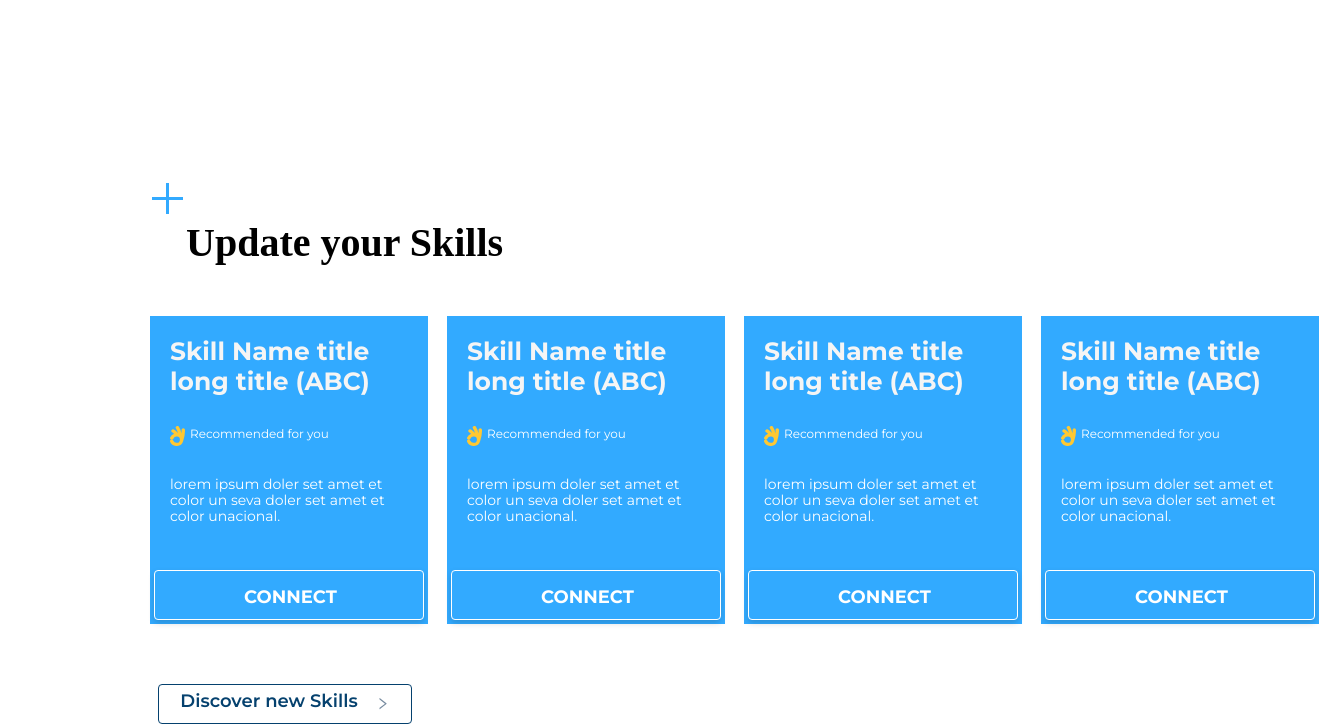
Repository: shekharyadav638/OSL_Assignment_1
Page: index.html
An editor plug-in stored every save of this project. The page is shown before and after the next save, followed by the edit.
The browser window is 1280 px wide. The page is 1319 px wide, so the pictures cover 1319 px, including what lies to the right of the window. The pictures show the whole page.
The style sheet was rebuilt from its Sass, Less or Tailwind sources for each picture, by a compiler version that may differ from the author's.

Above is the page before, as saved 2024-07-14 21:26:30.

### index.html
<!DOCTYPE html PUBLIC "-//W3C//DTD HTML 4.01 Transitional//EN" "http://www.w3.org/TR/html4/loose.dtd">
<html>
  <head>
    <meta http-equiv="Content-Type" content="text/html; charset=ISO-8859-1" />
    <title>Assignment 1</title>
    <link rel="stylesheet" href="style.css" />
    <link rel="preconnect" href="https://fonts.googleapis.com" />
    <link rel="preconnect" href="https://fonts.gstatic.com" crossorigin />
    <link
      href="https://fonts.googleapis.com/css2?family=Montserrat:ital,wght@0,100..900;1,100..900&display=swap"
      rel="stylesheet"
    />
  </head>
  <body>
    <!-- <header>
      <div class="header">
        <div class="header_left">
          <div class="header_left_logo"></div>
          <span class="header_left_title">Thinkin Blue</span>
        </div>
        <div class="header_right">
          <ul class="header_right_list">
            <li class="header_right_list_item">
              <a href="#">Home</a>
            </li>
            <li class="header_right_list_item"><a href="#">About Us</a></li>
            <li class="header_right_list_item"><a href="#">Work</a></li>
            <li class="header_right_list_item">
              <a href="#">ThinkinBlue Business</a>
            </li>
          </ul>
          <button class="header_right_btn">Login</button>
        </div>
      </div>
    </header>
    <section class="banner">
      <div class="banner_left">
       <p class="banner_left_text">The career network <br> for workers</p>
       <div class="banner_left_input">
        <input type="text" placeholder="Search Better Opportunites" class="banner_left_input_box"></input>
        <img src="img/location.svg" alt="location-icon" class="banner_left_input_icon">
       </div>
       <div class="banner_left_categories">
        <hr>
        <div class="banner_left_categories_title">100+ Job Opportunities</div>
        <div class="banner_left_categories_list">
          <div class="banner_left_categories_list_above">
            <div class="banner_left_categories_list_above_item"> Precision Production</div>
            <div class="banner_left_categories_list_above_item"> Helpers</div>
            <div class="banner_left_categories_list_above_item"> Front-line Supervisors</div>
            <div class="banner_left_categories_list_above_item"> Machine operators & Supervisors</div>
          </div>
          <div class="banner_left_categories_list_below">
            <div class="banner_left_categories_list_below_item"> Machine operators</div>
            <div class="banner_left_categories_list_below_item"> Handlers</div>
            <div class="banner_left_categories_list_below_item"> Transportation & moving occupations</div>
            <div class="banner_left_categories_list_below_item"> See all</div>
          </div>
        </div>
        <div >
          <button class="banner_left_categories_button">Join ThinkinBlue</button>
        </div>
       </div>
      </div>
      <div class="banner_right">
        <img src="img/banner_right.png" alt="banner_right" class="banner_right_img"></img>
      </div>
    </section>
    <section class="hiring">
      <div class="hiring_top">
        <div class="hiring_top_icon">
          <img src="img/plus_icon.svg" alt="plus_icon" />
        </div>
        <div class="hiring_top_heading">From the Community</div>
      </div>
      <div class="hiring_body">
        <div class="hiring_body_img">
          <img src="img/hiring.jpeg" alt="hiring" />
        </div>
        <div class="hiring_body_img">
          <img src="img/hiring.jpeg" alt="hiring" />
        </div>
        <div class="hiring_body_img">
          <img src="img/hiring.jpeg" alt="hiring" />
        </div>
        <div class="hiring_body_img">
          <img src="img/hiring.jpeg" alt="hiring" />
        </div>
      </div>
      <div class="hiring_footer">
        <div class="hiring_footer_slide">
          <div class="hiring_footer_slide_1"></div>
          <div class="hiring_footer_slide_2"></div>
          <div class="hiring_footer_slide_2"></div>
          <div class="hiring_footer_slide_2"></div>
        </div>
        <div class="hiring_footer_btn">
          <button>
            <div class="hiring_footer_btn_text">See more</div>
            <div class="hiring_footer_btn_icon">
              <img src="img/right_arrow.svg" alt="arrow" />
            </div>
          </button>
        </div>
      </div>
    </section>
    <section class="features">
      <div class="features_top">
        <div class="features_top_icon">
          <img src="img/plus_icon.svg" alt="plus_icon" />
        </div>
        <div class="features_top_heading">Features</div>
      </div>
      <div class="features_body">
        <div class="features_body_1">
          <div class="features_body_img">
            <img src="img/feature_1.png" alt="feature" />
          </div>
          <div class="features_body_text">Build Connections</div>
        </div>
        <div class="features_body_1">
          <div class="features_body_img">
            <img src="img/feature_2.png" alt="feature" />
          </div>
          <div class="features_body_text">Simple & Easy to Use</div>
        </div>
        <div class="features_body_1">
          <div class="features_body_img">
            <img src="img/feature_3.png" alt="feature" />
          </div>
          <div class="features_body_text">Built for Workers</div>
        </div>
        <div class="features_body_1">
          <div class="features_body_img">
            <img src="img/feature_4.png" alt="feature" />
          </div>
          <div class="features_body_text">Career Development</div>
        </div>
      </div>
    </section> -->
    <!-- <section class="group">
      <div class="group_top">
        <div class="group_top_icon">
          <img src="img/plus_icon.svg" alt="plus_icon" />
        </div>
        <div class="group_top_heading">Find a Group</div>
      </div>
      <div class="group_body">
        <div class="group_body_item">
          <div class="group_body_item_img"> <img src="img/group.png" alt="group" /></div>
          <div class="group_body_item_title">Front-line Supervisors</div>
          <div class="group_body_item_bottom">Front-line Supervisors</div>
          <div class="group_body_item_members">
            <img src="img/member.png" alt="member" class="group_body_item_members_img"></img>
            <div class="group_body_item_members_text">180 <span>users</span></div>
          </div>
          <button class="group_body_item_btn">CONNECT</button>
        </div>
        <div class="group_body_item">
          <div class="group_body_item_img"> <img src="img/group.png" alt="group" /></div>
          <div class="group_body_item_title">Front-line Supervisors</div>
          <div class="group_body_item_bottom">Front-line Supervisors</div>
          <div class="group_body_item_members">
            <img src="img/member.png" alt="member" class="group_body_item_members_img"></img>
            <div class="group_body_item_members_text">180 <span>users</span></div>
          </div>
          <button class="group_body_item_btn">CONNECT</button>
        </div>
        <div class="group_body_item">
          <div class="group_body_item_img"> <img src="img/group.png" alt="group" /></div>
          <div class="group_body_item_title">Front-line Supervisors</div>
          <div class="group_body_item_bottom">Front-line Supervisors</div>
          <div class="group_body_item_members">
            <img src="img/member.png" alt="member" class="group_body_item_members_img"></img>
            <div class="group_body_item_members_text">180 <span>users</span></div>
          </div>
          <button class="group_body_item_btn">CONNECT</button>
        </div>
        <div class="group_body_item">
          <div class="group_body_item_img"> <img src="img/group.png" alt="group" /></div>
          <div class="group_body_item_title">Front-line Supervisors</div>
          <div class="group_body_item_bottom">Front-line Supervisors</div>
          <div class="group_body_item_members">
            <img src="img/member.png" alt="member" class="group_body_item_members_img"></img>
            <div class="group_body_item_members_text">180 <span>users</span></div>
          </div>
          <button class="group_body_item_btn">CONNECT</button>
        </div>
      </div>
        <div class="group_footer_btn">
          <button>
            <div class="group_footer_btn_text">Explore Groups</div>
            <div class="group_footer_btn_icon">
              <img src="img/right_arrow.svg" alt="arrow" />
            </div>
          </button>
        </div>
      </div>
    </section> -->
    <section class="skills">
      <div class="skills_top">
        <div class="skills_top_icon">
          <img src="img/plus_icon.svg" alt="plus_icon" />
        </div>
        <div class="skills_top_heading">Update your Skills</div>
      </div>
      <div class="skills_body">
        <div class="skills_body_item">
          <div class="skills_body_item_title">Skill Name title long title (ABC)</div>
          <div class="skills_body_item_mid">
            <img src="img/path_7.svg" alt="member" class="group_body_item_mid_img"></img>
            <div class="skills_body_item_mid_text"><span>Recommended for you</span></div>
          </div>
          <div class="skills_body_item_para"><p>lorem ipsum doler set amet et color un seva doler set amet et color unacional.</p></div>
          <button class="skills_body_item_btn">CONNECT</button>
        </div>
        <div class="skills_body_item">
          <div class="skills_body_item_title">Skill Name title long title (ABC)</div>
          <div class="skills_body_item_mid">
            <img src="img/path_7.svg" alt="member" class="group_body_item_mid_img"></img>
            <div class="skills_body_item_mid_text"><span>Recommended for you</span></div>
          </div>
          <div class="skills_body_item_para"><p>lorem ipsum doler set amet et color un seva doler set amet et color unacional.</p></div>
          <button class="skills_body_item_btn">CONNECT</button>
        </div>
        <div class="skills_body_item">
          <div class="skills_body_item_title">Skill Name title long title (ABC)</div>
          <div class="skills_body_item_mid">
            <img src="img/path_7.svg" alt="member" class="group_body_item_mid_img"></img>
            <div class="skills_body_item_mid_text"><span>Recommended for you</span></div>
          </div>
          <div class="skills_body_item_para"><p>lorem ipsum doler set amet et color un seva doler set amet et color unacional.</p></div>
          <button class="skills_body_item_btn">CONNECT</button>
        </div>
        <div class="skills_body_item">
          <div class="skills_body_item_title">Skill Name title long title (ABC)</div>
          <div class="skills_body_item_mid">
            <img src="img/path_7.svg" alt="member" class="group_body_item_mid_img"></img>
            <div class="skills_body_item_mid_text"><span>Recommended for you</span></div>
          </div>
          <div class="skills_body_item_para"><p>lorem ipsum doler set amet et color un seva doler set amet et color unacional.</p></div>
          <button class="skills_body_item_btn">CONNECT</button>
        </div>
      </div>
        <div class="skills_footer_btn">
          <button>
            <div class="skills_footer_btn_text">Discover new Skills</div>
            <div class="skills_footer_btn_icon">
              <img src="img/right_arrow.svg" alt="arrow" />
            </div>
          </button>
        </div>
      </div>
    </section>
  </body>
</html>

### style.scss
* {
  margin: 0;
  padding: 0;
}
.body {
  width: 1440px;
  opacity: 1;
  overflow-x: hidden;
}

@import "header";
@import "banner";
@import "hiring";
@import "features";
@import "group";
@import "skills";

### header.scss
.header {
  background: transparent;
  position: fixed;
  display: flex;
  align-content: center;
  width: 1140px;
  height: 86px;
  opacity: 1;
  margin: 16px 150px;
  &_left {
    align-items: center;
    display: flex;
    opacity: 1;

    &_logo {
      width: 52px;
      height: 52px;
      background: #ffffff 0% 0% no-repeat padding-box;
      opacity: 1;
    }

    &_title {
      padding-left: 5px;
      text-align: left;
      font: normal normal bold 21px/28px Segoe UI;
      width: 113px;
      height: 28px;
      letter-spacing: 0px;
      color: #150303;
      opacity: 1;
    }
  }

  &_right {
    margin-left: 261px;
    align-items: center;
    display: flex;
    gap: 66px;
    &_list {
      list-style: none;
      display: flex;
      gap: 76px;
      align-items: center;

      &_item {
        text-align: left;
        font: normal normal normal 14px/11px Montserrat;
        letter-spacing: 0px;
        padding: 17px 0;
        color: #ffffff;
        opacity: 1;
      }
    }
    &_btn {
      background: #ffc832 0% 0% no-repeat padding-box;
      border-radius: 4px;
      opacity: 1;
      padding: 8px 33px;
      text-align: left;
      font: normal normal 600 18px Montserrat;
      letter-spacing: 0px;
      color: #05416e;
      opacity: 1;
    }
  }
}

.banner {
  &_img {
    width: 100%;
    height: 100%;
    background-position: center;
  }
}

### _hiring.scss
.hiring {
  margin: 180px 150px;
  margin-bottom: 0;

  &_top {
    display: flex;
    flex-direction: column;
    width: 411px;
    margin-bottom: 60px;
    &_icon {
      width: 36px;
      height: 36px;
    }

    &_heading {
      margin-left: 36px;
      width: 375px;
      height: 40px;
      font: normal normal bold 40px/54px Adobe Caslon Pro;
      letter-spacing: 0px;
      color: #000000;
      opacity: 1;
    }
  }

  &_body {
    display: flex;
    justify-content: space-between;
    &_img {
      & img {
        width: 276px;
        height: 308px;
        border-radius: 4px;
        opacity: 1;
      }
    }
  }

  &_footer {
    margin-top: 60px;

    &_slide {
      display: flex;
      width: 180px;
      height: 10px;
      justify-content: space-between;
      margin-left: 480px;
      &_1 {
        width: 32px;
        height: 6px;
        background: #32aaff 0% 0% no-repeat padding-box;
        border-radius: 2px;
        opacity: 1;
      }
      &_2 {
        width: 32px;
        height: 6px;
        background: #05416e 0% 0% no-repeat padding-box;
        border-radius: 2px;
        opacity: 1;
      }
    }

    &_btn {
      margin-top: 20px;
      display: flex;
      align-items: center;
      justify-content: center;

      & button {
        width: 159px;
        height: 40px;
        background: #ffffff 0% 0% no-repeat padding-box;
        border: 1px solid #05416e;
        border-radius: 4px;
        opacity: 1;
        padding-left: 20px;
        padding-right: 20px;
        padding-top: 8.47px;
        display: flex;
        justify-content: space-between;
      }
      &_text {
        width: 88px;
        height: 22px;
        font: normal normal 600 18px/17px Montserrat;
        letter-spacing: 0px;
        color: #05416e;
      }
      &_icon {
        width: 16px;
        height: 16px;
      }
    }
  }
}

### _features.scss
.features {
  margin: 180px 150px;
  margin-bottom: 0;

  &_top {
    display: flex;
    flex-direction: column;
    width: 411px;
    margin-bottom: 60px;
    &_icon {
      width: 31px;
      height: 31px;
    }

    &_heading {
      margin-left: 36px;
      width: 144px;
      height: 40px;
      font: normal normal bold 40px/54px Adobe Caslon Pro;
      letter-spacing: 0px;
      color: #000000;
      opacity: 1;
    }
  }

  &_body {
    display: flex;
    justify-content: space-between;

    &_1 {
      width: 270px;
      height: 308px;
      background: #f5f5f5 0% 0% no-repeat padding-box;
      border-radius: 4px;
      opacity: 1;
    }

    &_img {
      margin-top: 50px;
      width: 110px;
      height: 110px;
      margin-left: 79px;
    }

    &_text {
      margin-top: 25px;
      text-align: center;
      font: normal normal bold 25px/30px Montserrat;
      letter-spacing: 0px;
      color: #05416e;
      opacity: 1;
      padding: 0px 52px;
    }
  }
}

### _skills.scss
.skills {
  margin: 180px 150px;
  margin-bottom: 0;
  height: 308px;
  width: 270px;

  &_top {
    display: flex;
    flex-direction: column;
    width: 411px;
    margin-bottom: 60px;
    &_icon {
      width: 36px;
      height: 36px;
    }

    &_heading {
      margin-left: 36px;
      width: 375px;
      height: 40px;
      font: normal normal bold 40px/54px Adobe Caslon Pro;
      letter-spacing: 0px;
      color: #000000;
      opacity: 1;
    }
  }

  &_body {
    display: flex;
    gap: 19px;

    &_item {
      background-color: #32aaff;
      padding-top: 20px;
      &_title {
        padding-left: 20px;
        width: 207px;
        height: 60px;
        text-align: left;
        font: normal normal bold 25px/30px Montserrat;
        letter-spacing: 0px;
        color: #f5f5f5;
        opacity: 1;
      }

      &_mid {
        margin-top: 30px;
        margin-left: 20px;
        display: flex;
        &_img {
          width: 15px;
          height: 20px;
        }
        &_text {
          margin-left: 5px;
          text-align: left;
          font: normal normal normal 12px/15px Montserrat;
          letter-spacing: 0px;
          color: #ffffff;
          opacity: 1;
        }
      }

      &_para {
        margin: 30px 20px;
        width: 230px;
        height: 64px;
        text-align: left;
        font: normal normal normal 14px/16px Montserrat;
        letter-spacing: 0px;
        color: #ffffff;
        opacity: 1;
      }

      &_btn {
        margin: 0 4px;
        margin-bottom: 4px;
        background: transparent 0% 0% no-repeat padding-box;
        box-shadow: 0px 3px 6px #00000029;
        border: 1px solid #ffffff;
        border-radius: 4px;
        padding: 14px 0;
        padding-left: 89px;
        width: 270px;
        height: 50px;
        text-align: left;
        font: normal normal bold 18px/24px Montserrat;
        letter-spacing: 0px;
        color: #ffffff;
        opacity: 1;
      }
    }
  }

  &_footer {
    &_btn {
      margin-top: 60px;
      display: flex;
      align-items: center;
      justify-content: center;

      & button {
        width: 254px;
        height: 40px;
        background: #ffffff 0% 0% no-repeat padding-box;
        border: 1px solid #05416e;
        border-radius: 4px;
        opacity: 1;
        padding-left: 20px;
        padding-right: 20px;
        align-items: center;
        display: flex;
        justify-content: space-between;
      }
      &_text {
        font: normal normal 600 18px/17px Montserrat;
        letter-spacing: 0px;
        color: #05416e;
        width: 180px;
        height: 22px;
      }
      &_icon {
        margin-left: 15px;
        width: 17px;
        height: 16px;
      }
    }
  }
}

Loaded but not shown: _banner.scss (142 lines, source omitted); _group.scss (135 lines, source omitted)

After the next save:
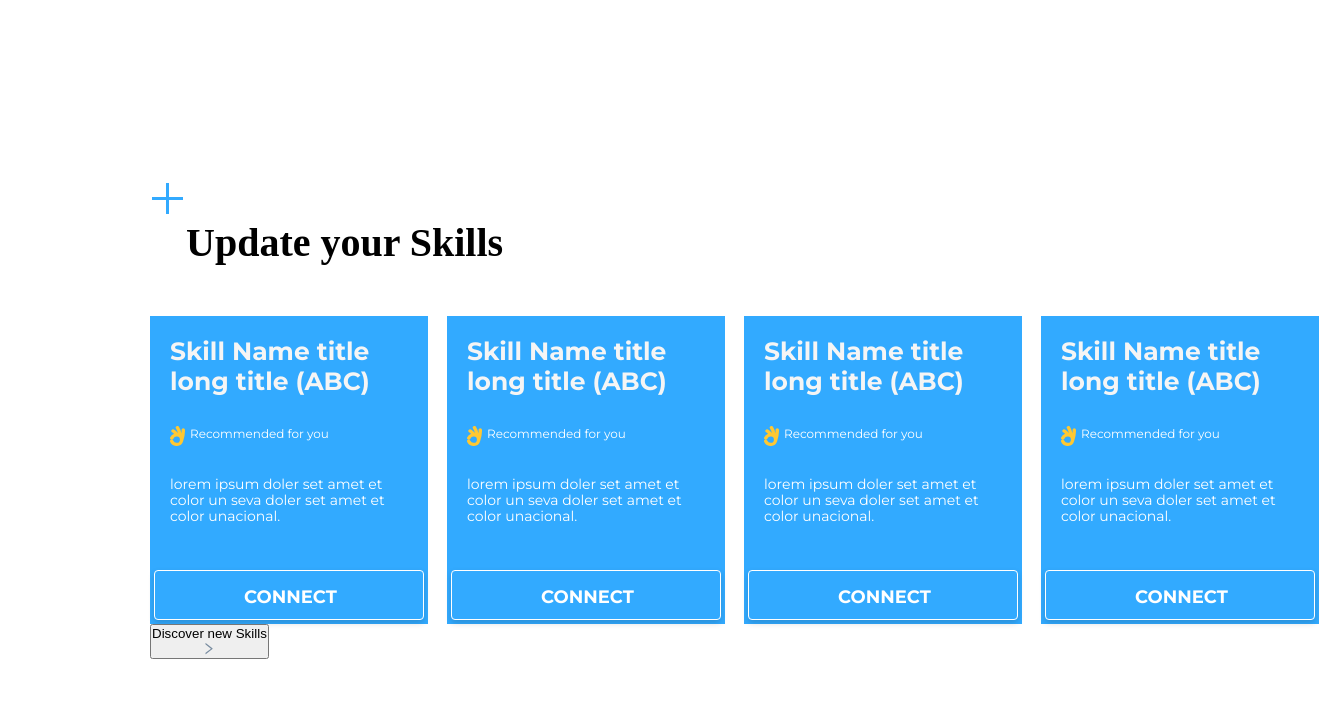
Saved 55 s later.
--- a/_skills.scss
+++ b/_skills.scss
@@ -93,7 +93,8 @@
   }
 
   &_footer {
-    &_btn {
+    margin-left: 443px;
+    g &_btn {
       margin-top: 60px;
       display: flex;
       align-items: center;

After the save that followed:
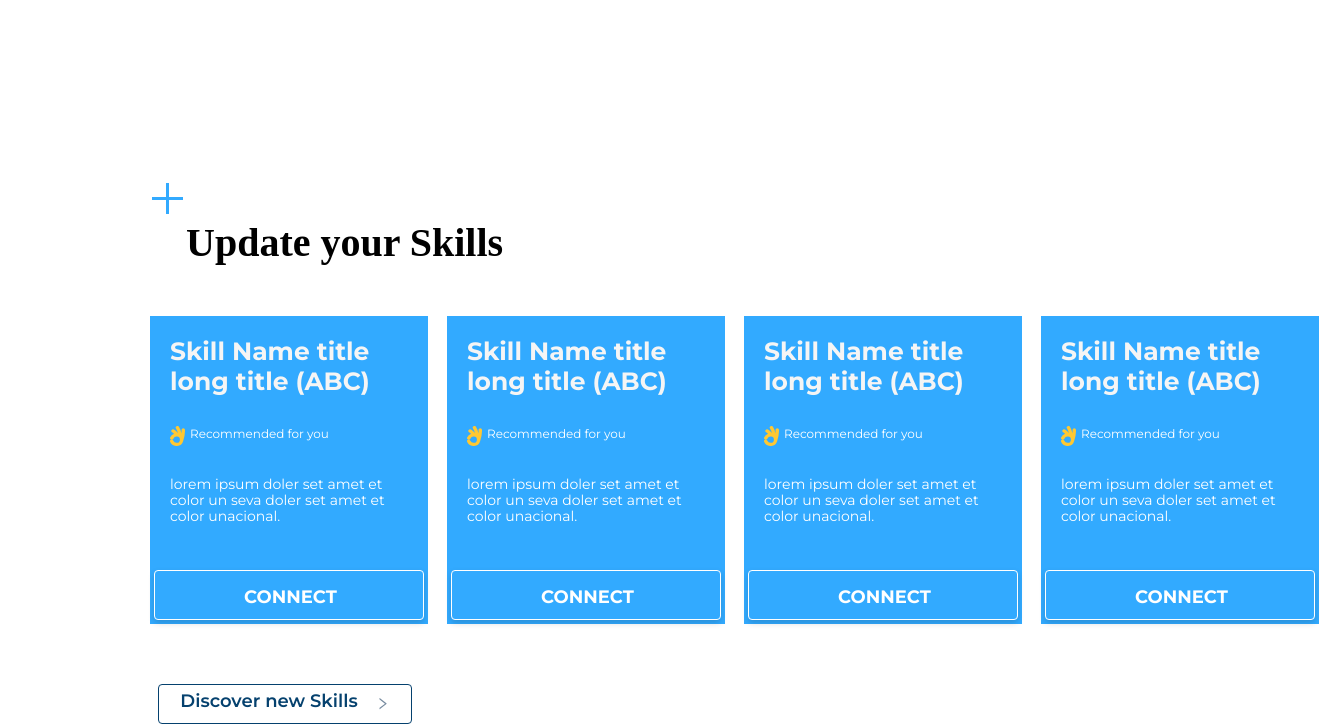
Saved 4 s later.
--- a/_skills.scss
+++ b/_skills.scss
@@ -94,7 +94,7 @@
 
   &_footer {
     margin-left: 443px;
-    g &_btn {
+    &_btn {
       margin-top: 60px;
       display: flex;
       align-items: center;
